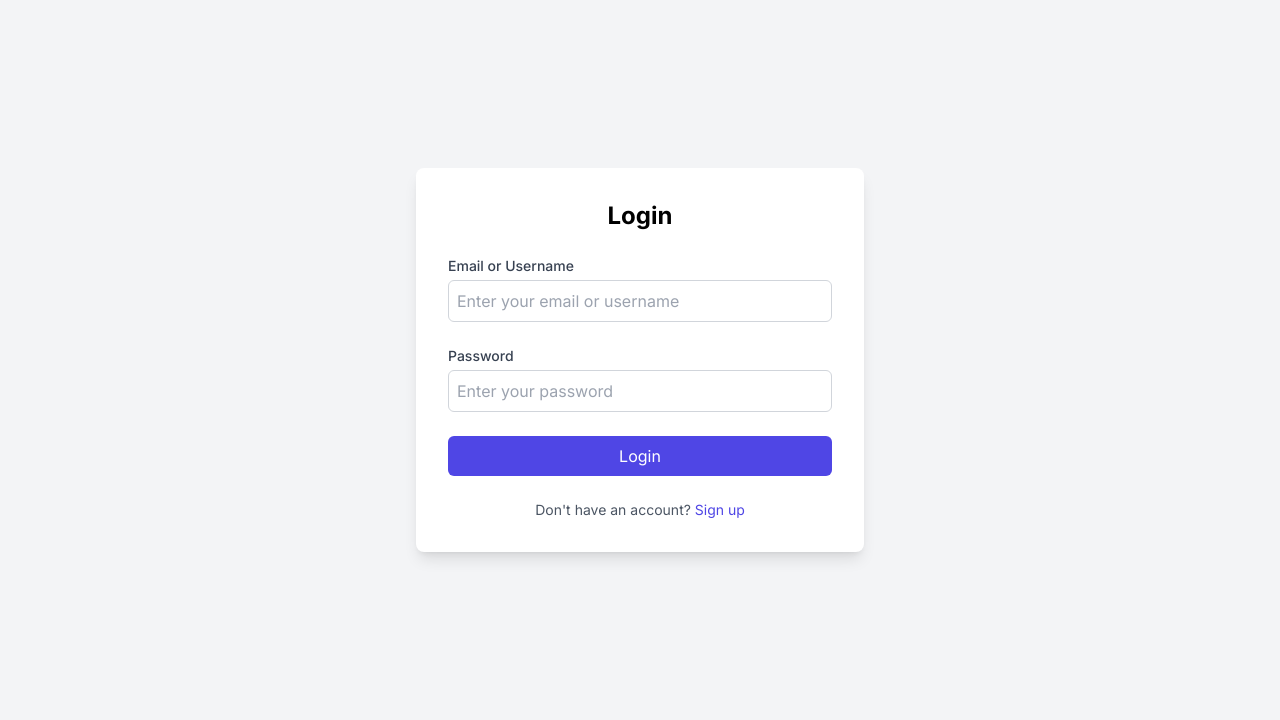
Repository: NassimeElkamari/Horizon-Housing
Page: /login
An editor plug-in stored every save of this project. The page is shown before and after a run of saves, followed by the edit.
The browser window is 1280 px wide. The pictures show the whole page.
The project was rebuilt for these pictures with package versions that can differ from the ones it lists, and the page was loaded fresh each time. The framework's server and built-in components were replaced by stand-ins that run in the browser. Also part of the build but not shown: next.config.mjs.

Above is the page before, as saved 2024-08-28 21:41:14.

### src/app/login/page.tsx
'use client';

import { useState } from 'react';
import { useRouter } from 'next/navigation';

const LoginPage = () => {
  const [identifier, setIdentifier] = useState(''); // can be email or username
  const [password, setPassword] = useState('');
  const [error, setError] = useState('');
  const router = useRouter();

  const handleSubmit = async (e: React.FormEvent) => {
    e.preventDefault();
    setError('');

    const response = await fetch('/api/auth/login', {
      method: 'POST',
      headers: {
        'Content-Type': 'application/json',
      },
      body: JSON.stringify({ identifier, password }),
    });

    const data = await response.json();

    if (response.ok) {
      localStorage.setItem('token', data.token);
      router.push('/dashboard');
    } else {
      setError(data.message || 'Login failed');
    }
  };

  return (
    <div className="min-h-screen bg-gray-100 flex items-center justify-center">
      <div className="bg-white p-8 rounded-lg shadow-lg w-full max-w-md">
        <h2 className="text-2xl font-bold mb-6 text-center">Login</h2>
        {error && <p className="text-red-500 text-center mb-4">{error}</p>}
        <form onSubmit={handleSubmit} className="space-y-6">
          <div>
            <label htmlFor="identifier" className="block text-sm font-medium text-gray-700">
              Email or Username
            </label>
            <input
              id="identifier"
              type="text"
              value={identifier}
              onChange={(e) => setIdentifier(e.target.value)}
              className="mt-1 w-full p-2 border border-gray-300 rounded-md focus:ring-indigo-500 focus:border-indigo-500"
              placeholder="Enter your email or username"
              required
            />
          </div>
          <div>
            <label htmlFor="password" className="block text-sm font-medium text-gray-700">
              Password
            </label>
            <input
              id="password"
              type="password"
              value={password}
              onChange={(e) => setPassword(e.target.value)}
              className="mt-1 w-full p-2 border text-black border-gray-300 rounded-md focus:ring-indigo-500 focus:border-indigo-500"
              placeholder="Enter your password"
              required
            />
          </div>
          <button
            type="submit"
            className="w-full bg-indigo-600 text-white py-2 px-4 rounded-md hover:bg-indigo-700 focus:outline-none focus:ring-2 focus:ring-indigo-500 focus:ring-offset-2"
          >
            Login
          </button>
        </form>
        <p className="mt-6 text-center text-sm text-gray-600">
          Don't have an account?{' '}
          <a href="/register" className="text-indigo-600 hover:text-indigo-500">
            Sign up
          </a>
        </p>
      </div>
    </div>
  );
};

export default LoginPage;

Loaded but not shown: src/app/layout.tsx (common file); src/app/globals.css (common file); tailwind.config.ts (common file)

After the next 2 saves:
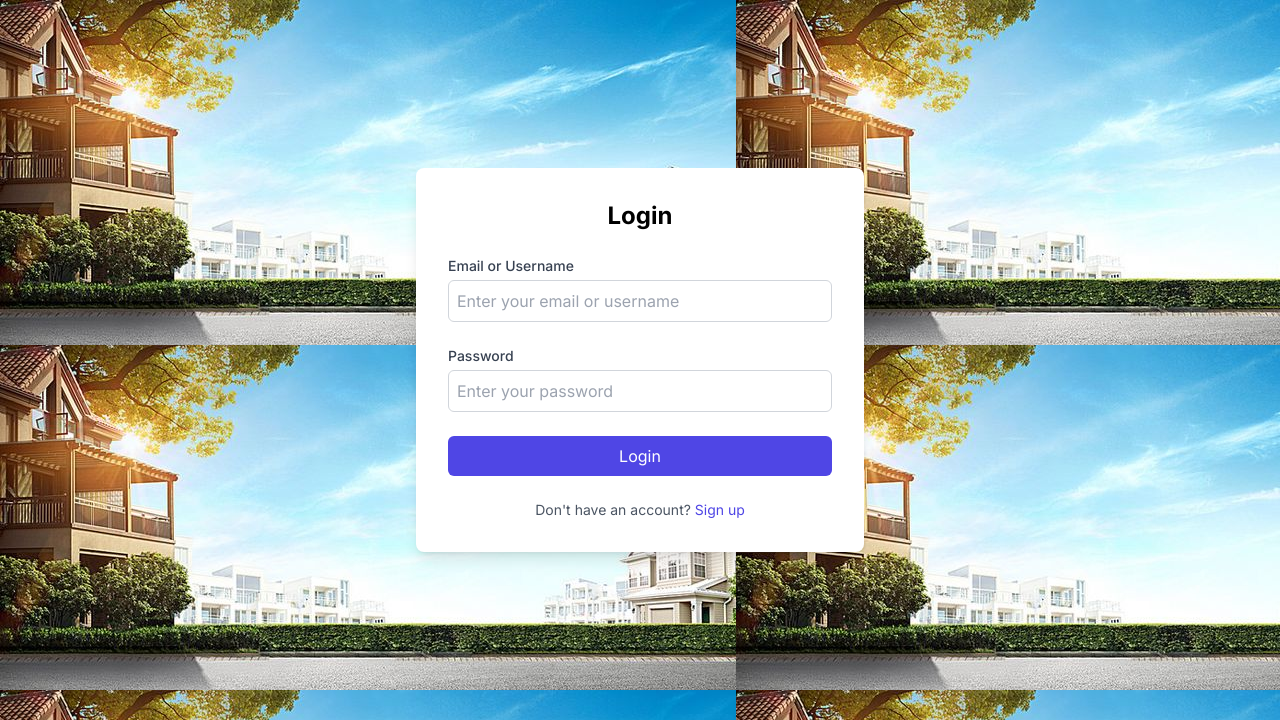
The 2 saves are shown as one change because they came seconds apart.
The last was saved 88 s later.
--- a/src/app/login/page.tsx
+++ b/src/app/login/page.tsx
@@ -32,7 +32,7 @@ const LoginPage = () => {
   };
 
   return (
-    <div className="min-h-screen bg-gray-100 flex items-center justify-center">
+    <div className="min-h-screen bg-gray-100 flex items-center justify-center "  style={{ backgroundImage: "url('/bgg.jpg')" }}>
       <div className="bg-white p-8 rounded-lg shadow-lg w-full max-w-md">
         <h2 className="text-2xl font-bold mb-6 text-center">Login</h2>
         {error && <p className="text-red-500 text-center mb-4">{error}</p>}
